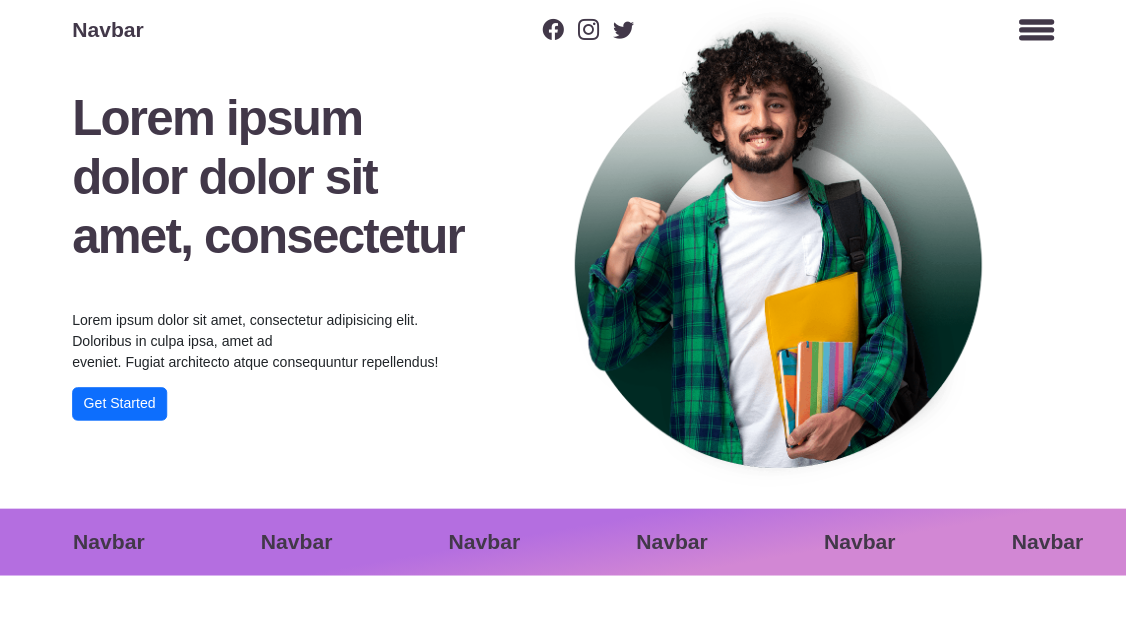
Repository: tagnam/project27012025
Page: index.html
An editor plug-in stored every save of this project. The page is shown before and after the next save, followed by the edit.
The browser window is 1280 px wide. The pictures show the whole page, at 88% of full size.

Above is the page before, as saved 2025-01-27 16:15:35.

After the next save:
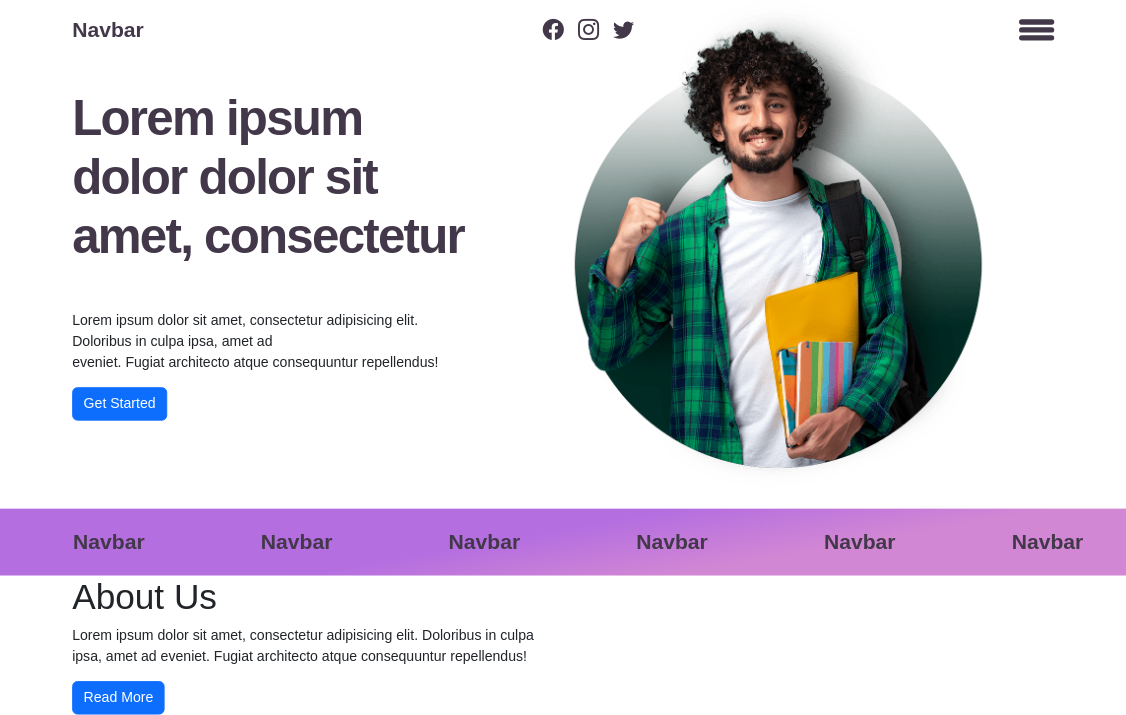
Not found: image/about-img.webp
Saved 9 s later.
--- a/index.html
+++ b/index.html
@@ -127,7 +127,22 @@
 </section>
 
 <section>
-
+    <div class="container">
+        <div class="row">
+            <div class="col-lg-6 col-md-6 col-sm-12">
+                <div class="about-content">
+                    <h1>About Us</h1>
+                    <p>Lorem ipsum dolor sit amet, consectetur adipisicing elit. Doloribus in culpa ipsa, amet ad eveniet. Fugiat architecto atque consequuntur repellendus!</p>
+                    <button class="btn btn-primary">Read More</button>
+                </div>
+            </div>
+            <div class="col-lg-6 col-md-6 col-sm-12">
+                <div class="about-img">
+                    <img src="image/about-img.webp" class="w-100" alt="">
+                </div>
+            </div>
+        </div>
+    </div>
 </section>
 <script src="https://cdn.jsdelivr.net/npm/bootstrap@5.3.3/dist/js/bootstrap.bundle.min.js" integrity="sha384-YvpcrYf0tY3lHB60NNkmXc5s9fDVZLESaAA55NDzOxhy9GkcIdslK1eN7N6jIeHz" crossorigin="anonymous"></script>
 <script src="style/js/custom.js"></script>

After the 2 saves that followed:
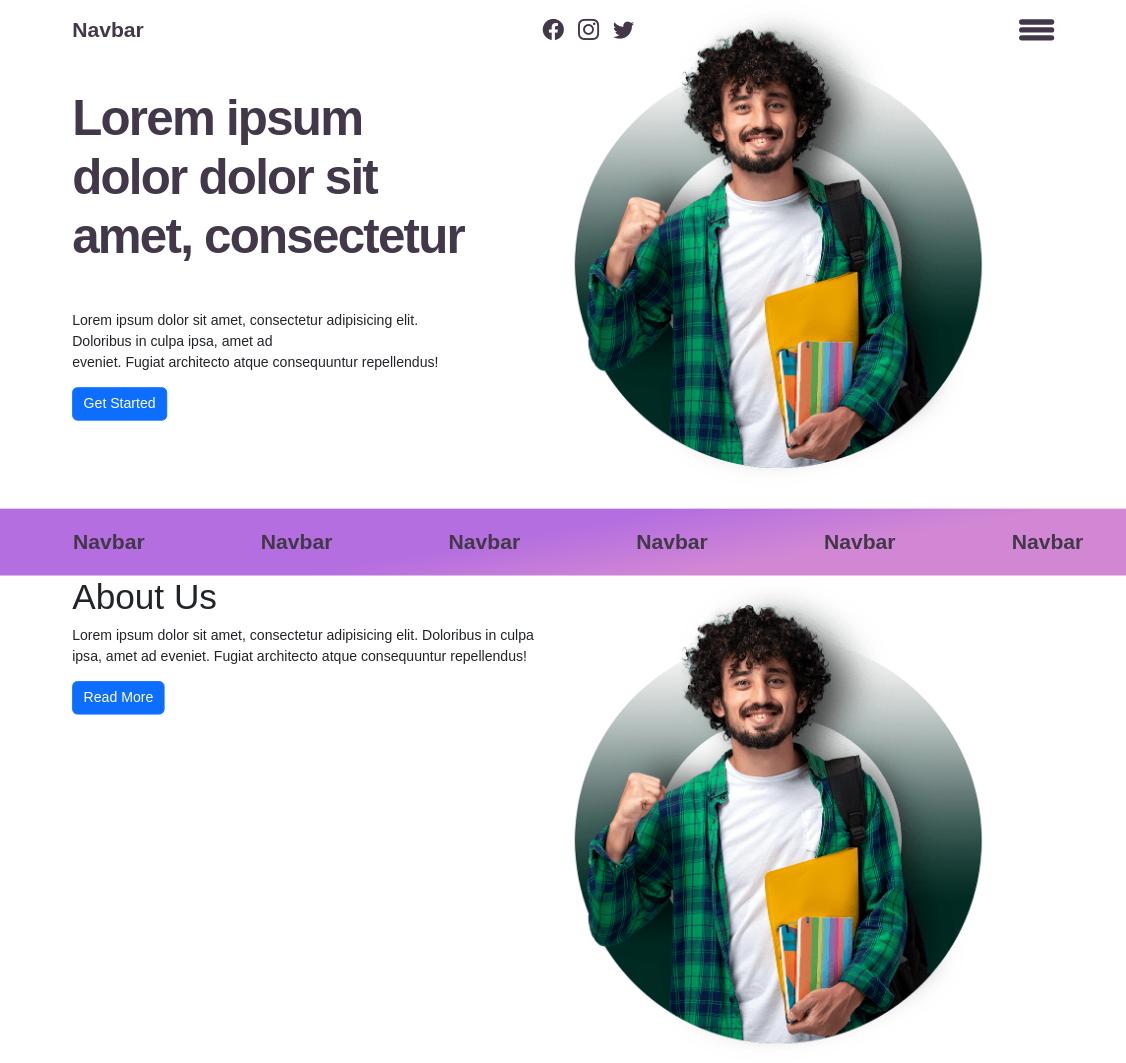
The 2 saves are shown as one change because they came seconds apart.
The last was saved 26 s later.
--- a/index.html
+++ b/index.html
@@ -138,7 +138,7 @@
             </div>
             <div class="col-lg-6 col-md-6 col-sm-12">
                 <div class="about-img">
-                    <img src="image/about-img.webp" class="w-100" alt="">
+                    <img src="image/hero-banner-01.webp" class="w-100" alt="">
                 </div>
             </div>
         </div>
